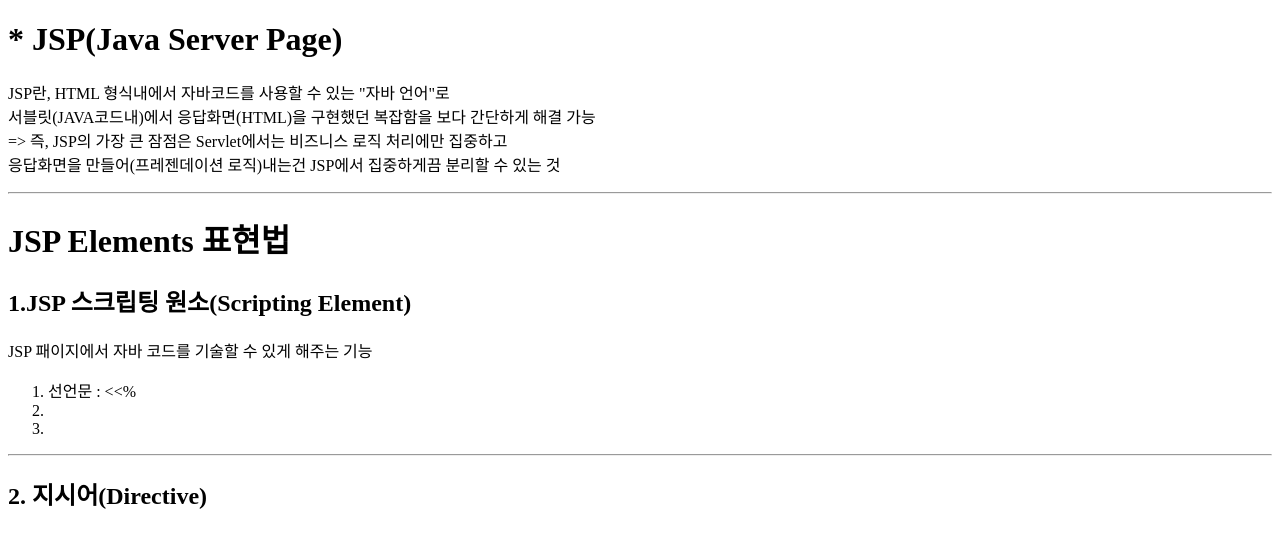
Repository: BrianH29/BH_webserver_workspace1
Page: webserver_workspace1/2_JSP/WebContent/index.html
An editor plug-in stored every save of this project. The page is shown before and after the next save, followed by the edit.
The browser window is 1280 px wide. The pictures show the whole page.

Above is the page before, as saved 2020-08-31 01:13:10.

After the next save:
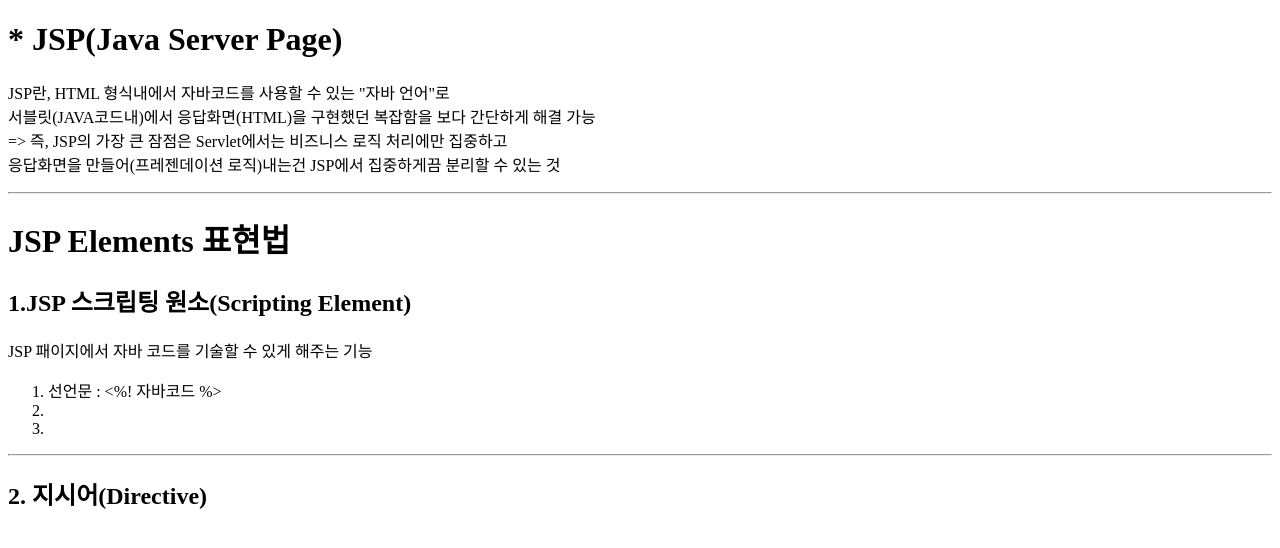
Saved 36 s later.
--- a/webserver_workspace1/2_JSP/WebContent/index.html
+++ b/webserver_workspace1/2_JSP/WebContent/index.html
@@ -24,7 +24,7 @@
 
 	<ol>
 		<li>
-			선언문 : &lt;<%
+			선언문 : &lt;%! 자바코드 %&gt;
 		</li>
 		<li>
 
